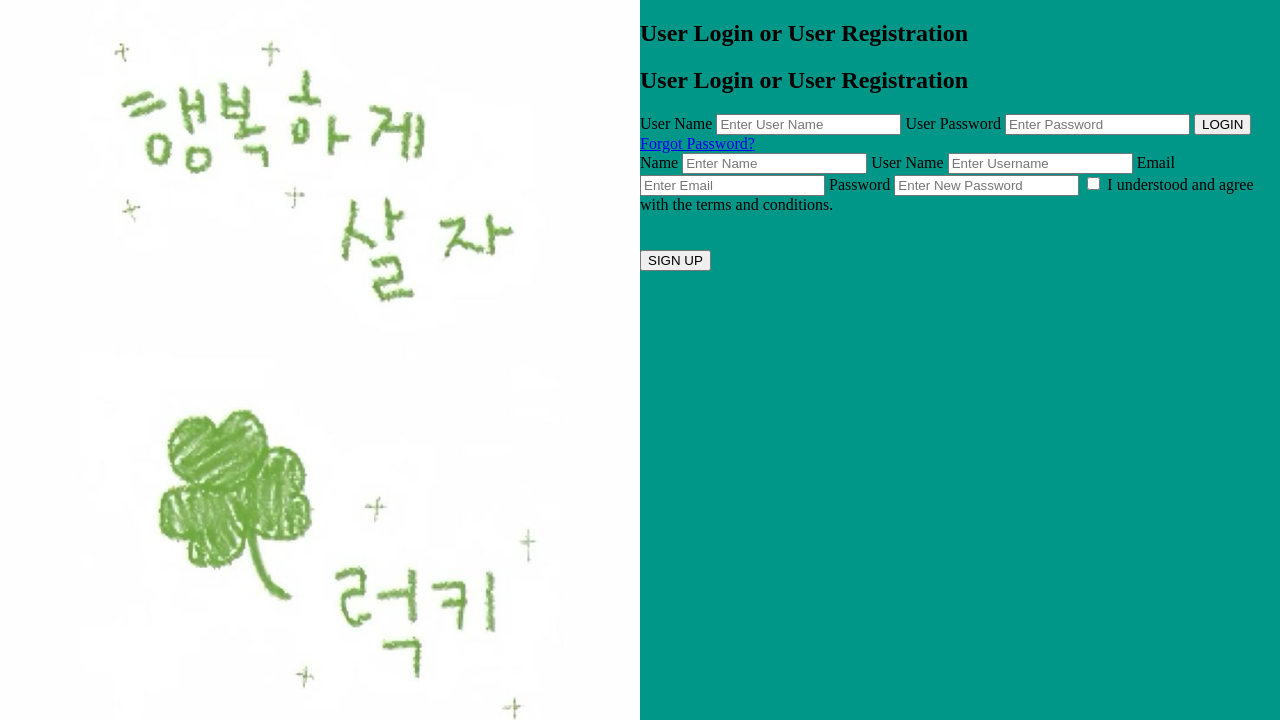
Repository: rwanda95do/bitcamp
Page: FrontProject/src/main/webapp/html/login.html
These files come from the project's save history. The page is drawn as it stood at one moment and after the next save; the edit follows.
The browser window is 1280 px wide. The pictures show the whole page.

Above is the page before, as saved 2024-08-30 07:52:49.

After the next save:
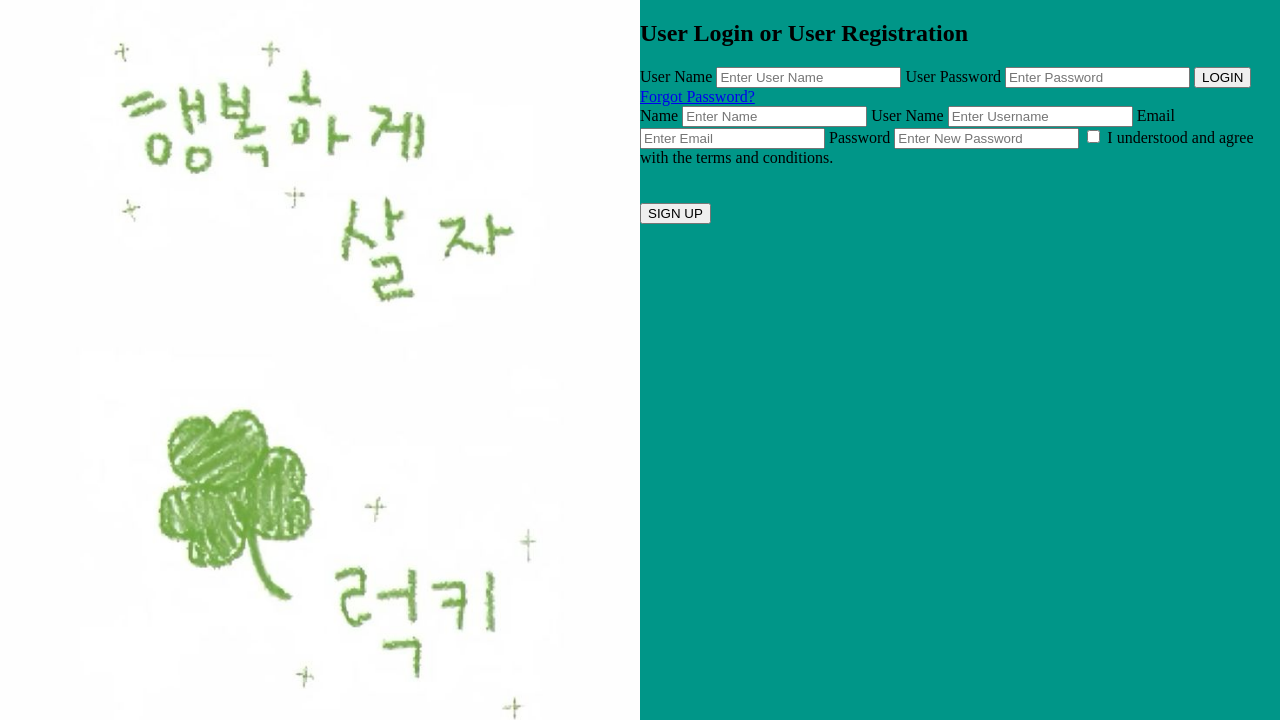
Saved 19 s later.
--- a/FrontProject/src/main/webapp/html/login.html
+++ b/FrontProject/src/main/webapp/html/login.html
@@ -41,13 +41,7 @@
 	</div>
 
 	<!--  -->
-	<div class="right user-form">
-		<div>
-			<h2 id="select-form">
-			<span class="selected-login" data-user-form="user-login">User Login</span>
-			or <span data-user-form="user-regist">User Registration</span>
-			</h2>
-		</div>
+	<div class="right">
 		<div class="user-forms">
 				<div class="centered-container">
 					<h2 id="select-form">
